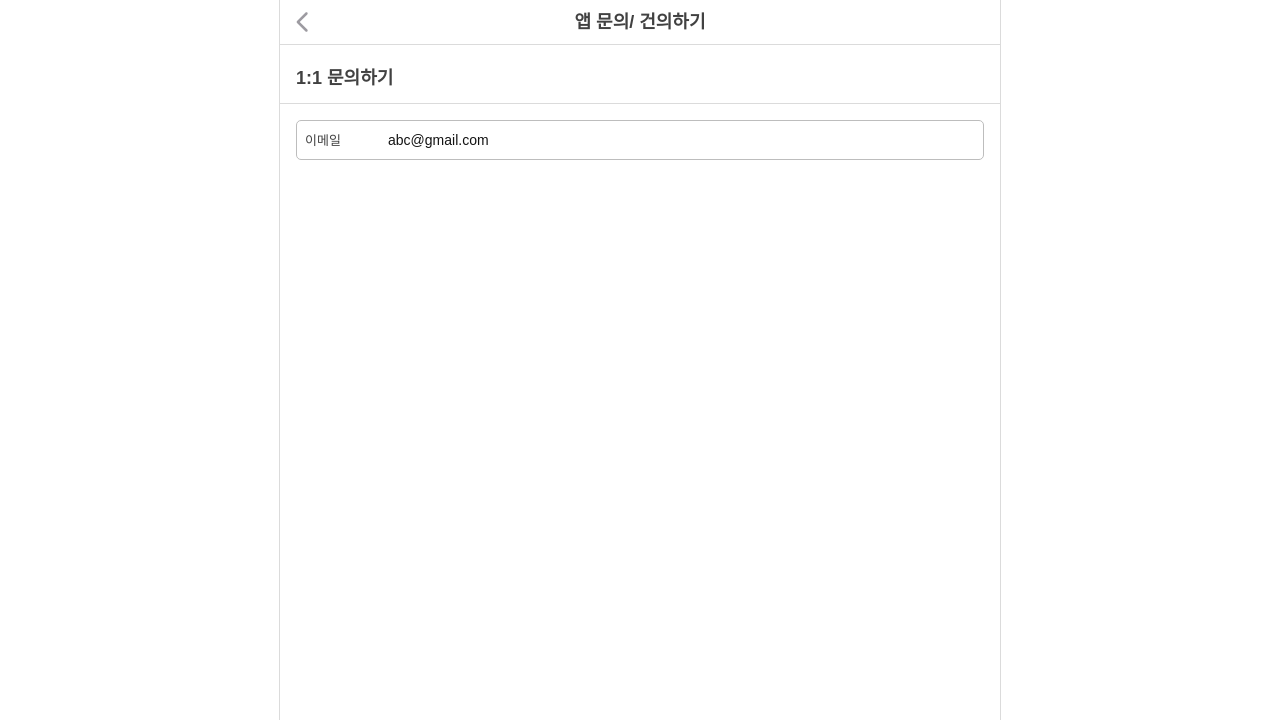
Repository: gosun1018/denguru
Page: my_complain_write.html
The author's editor kept a copy of each file at every save. The page is drawn from the files as they stood at one save, then again after the next save.
The browser window is 1280 px wide. The pictures show the whole page.
Some web fonts or font styles are not loaded; a fallback is used. The style sheet was rebuilt from its Sass, Less or Tailwind sources for each picture, by a compiler version that may differ from the author's.

Above is the page before, as saved 2020-03-23 15:46:23.

After the next save:
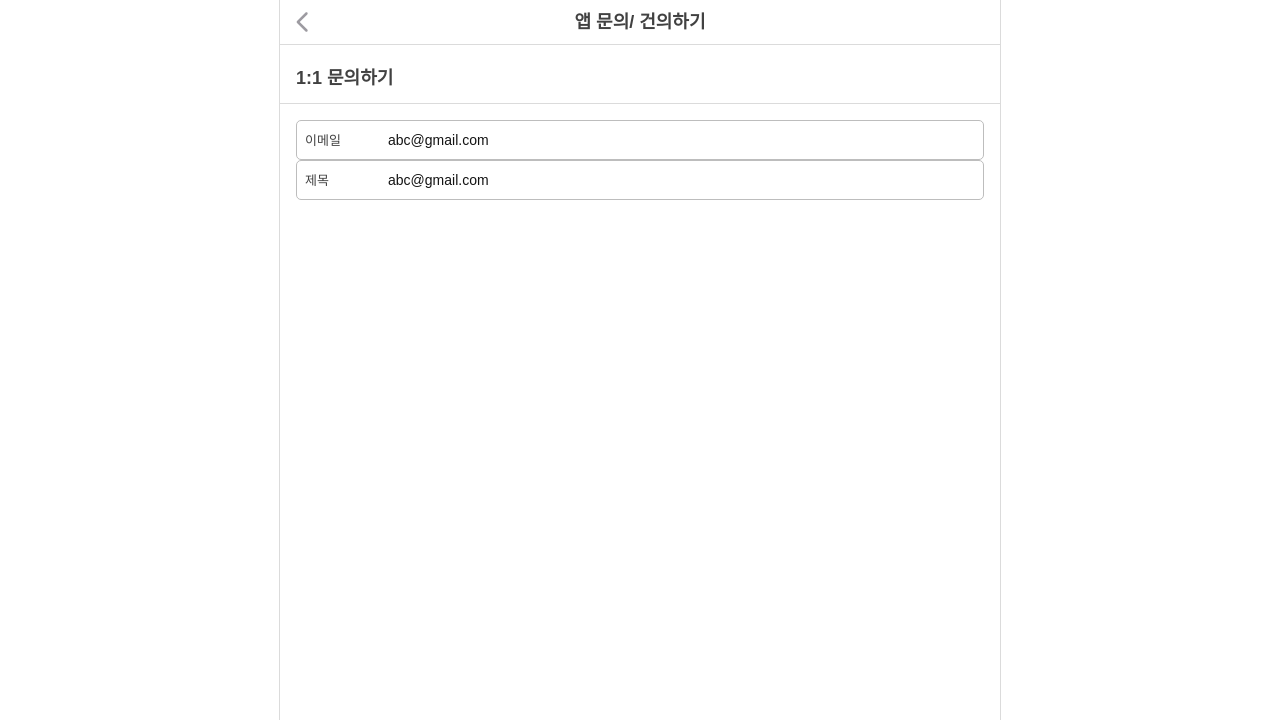
Saved 17 s later.
--- a/my_complain_write.html
+++ b/my_complain_write.html
@@ -30,6 +30,12 @@
                                 <input type="email" "="" class="inp_txt js-input" id="complainEmail" value="abc@gmail.com" label="이메일" disabled>
                             </div>
                         </div>
+                        <div class="inp_box04">
+                            <div class="inp_txt_box">
+                                <label for="complainEmail" class="lab_txt">제목</label>
+                                <input type="email" "="" class="inp_txt js-input" id="complainEmail" value="abc@gmail.com" label="이메일" disabled>
+                            </div>
+                        </div>
 
                     </form>
                 </div>
